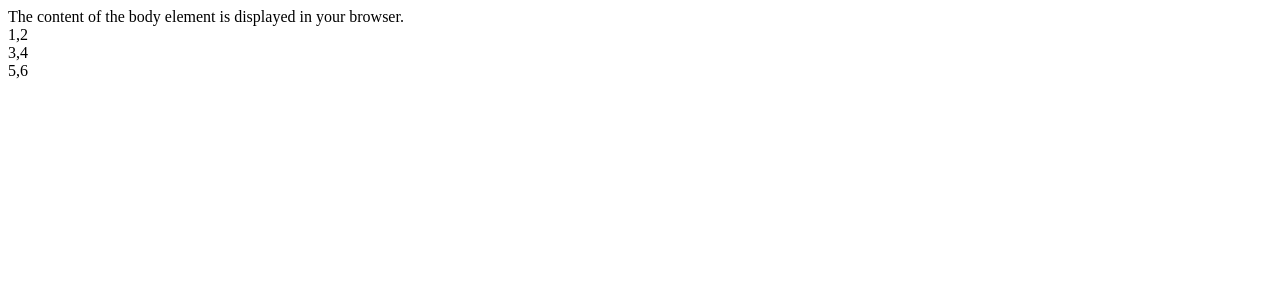
Repository: gperilli/truchetTilingGenerator
Page: test.html
These files come from the project's save history. The page is drawn as it stood at one moment and after the next save; the edit follows.
The browser window is 1280 px wide. The pictures show the whole page.

Above is the page before, as saved 2023-04-19 00:27:57.

After the next save:
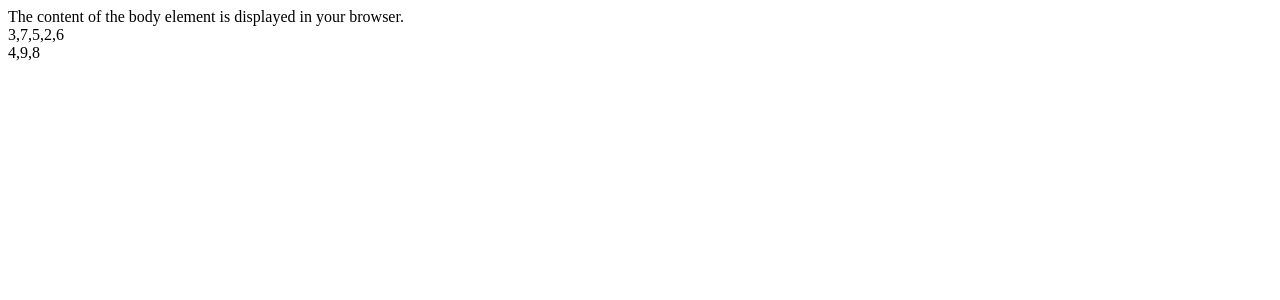
Saved 31 s later.
--- a/test.html
+++ b/test.html
@@ -53,7 +53,7 @@ labeledArray.forEach((labeledChunk) => {
 
 let outputArray = [[1, 2], [3, 4], [5, 6]];
 
-outputArray.forEach((subArray) => {
+joinerArray.forEach((subArray) => {
 document.querySelector("#output").insertAdjacentHTML("beforeend", `<span>${subArray}</span><br>`)
 })
 
